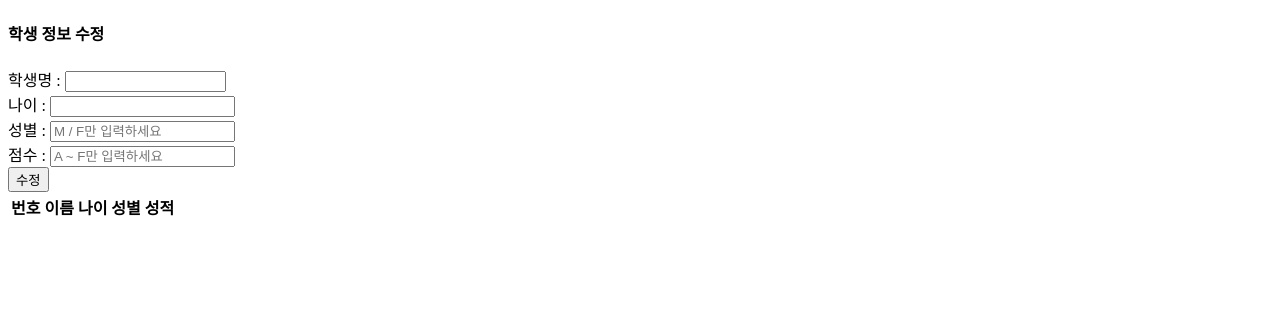
Repository: thesky3303/Toy_JDBC
Page: http://localhost/Toy/WEB-INF/views/update.jsp
The author's editor kept a copy of each file at every save. The page is drawn from the files as they stood at one save, then again after the next save.
The browser window is 1280 px wide. The pictures show the whole page.
The page is served by Tomcat 10. Nobody is signed in. The template is opened directly, without the code that normally fills it, so the values that code supplies are empty.

Above is the page before, as saved 2024-10-25 08:13:20.

After the next save:
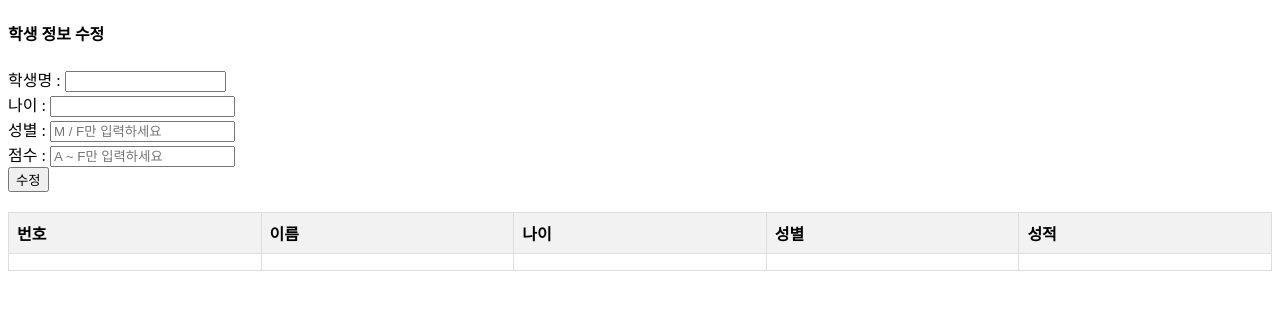
Saved 39 s later.
--- a/Toy/src/main/webapp/WEB-INF/views/update.jsp
+++ b/Toy/src/main/webapp/WEB-INF/views/update.jsp
@@ -6,6 +6,34 @@
   <meta charset="UTF-8">
   <meta name="viewport" content="width=device-width, initial-scale=1.0">
   <title>${std.stdName} 수정 페이지</title>
+  	<style>
+	table {
+		width: 100%;
+		border-collapse: collapse;
+		margin-top: 20px;
+	}
+
+	th, td {
+		border: 1px solid #ddd;
+		padding: 8px;
+		text-align: left;
+	}
+
+	th {
+		background-color: #f2f2f2;
+	}
+
+	tr:nth-child(even) {
+		background-color: #f9f9f9;
+	}
+
+	tr:hover {
+		background-color: #f5f5f5;
+	}
+	</style>
+
+
+
 </head>
 <body>
 
